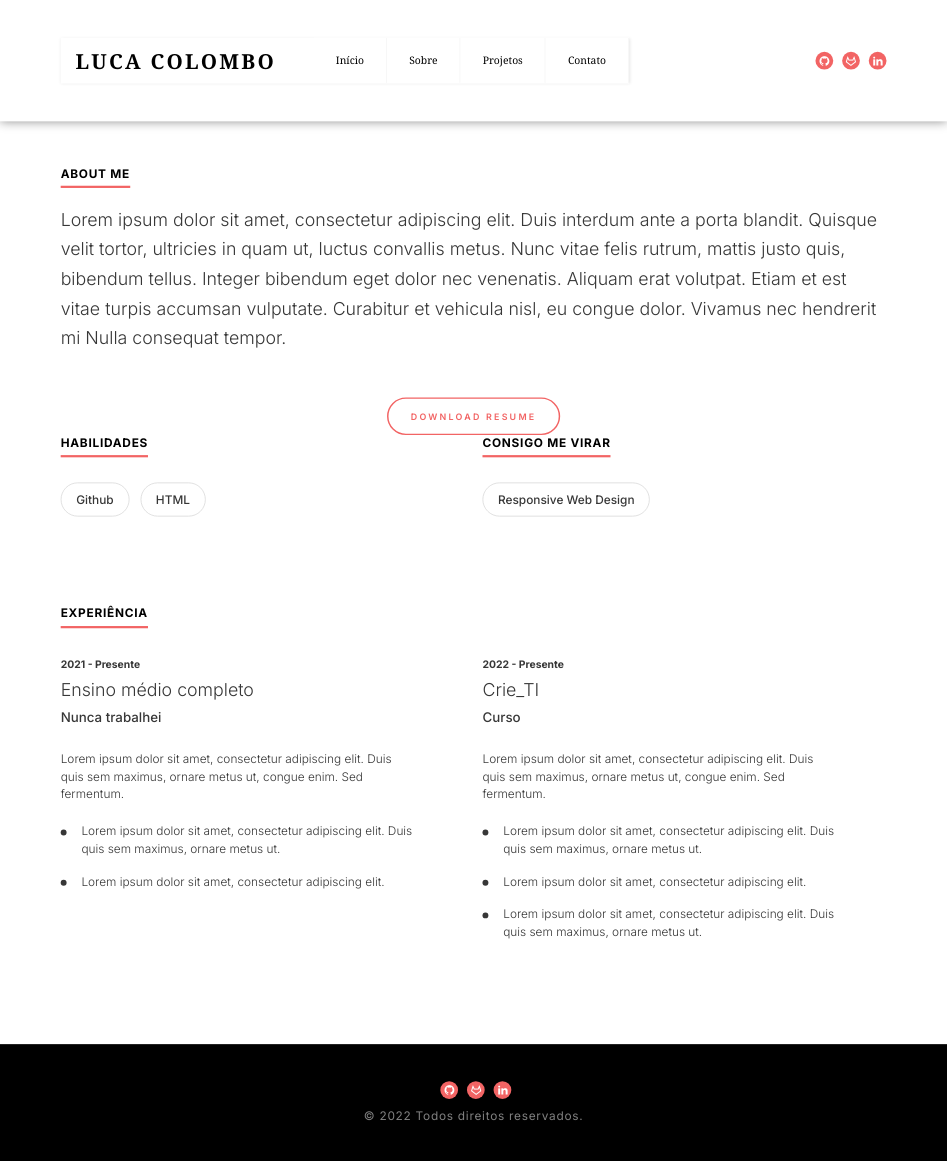
Repository: lxcxcxlxmb/portfolio
Page: sobre.html
These files come from the project's save history. The page is drawn as it stood at one moment and after the next save; the edit follows.
The browser window is 1280 px wide. The pictures show the whole page, at 74% of full size.

Above is the page before, as saved 2022-05-25 15:10:03.

### sobre.html
<!doctype html>
<html lang="pt-BR">

<head>
  <!-- Required meta tags -->
  <meta charset="utf-8">
  <meta name="viewport" content="width=device-width, initial-scale=1">
  <!-- Google Fots -->
  <link rel="preconnect" href="https://fonts.googleapis.com">
  <link rel="preconnect" href="https://fonts.gstatic.com" crossorigin>
  <link href="https://fonts.googleapis.com/css2?family=Inter:wght@100;200;300;400;500;600;700;800;900&display=swap"
    rel="stylesheet">
  <!-- Remixicon Icon -->
  <link href="https://cdn.jsdelivr.net/npm/remixicon@2.5.0/fonts/remixicon.css" rel="stylesheet">
  <!-- Remixicon Icon -->
  <!-- Bootstrap CSS -->
  <link href="https://cdn.jsdelivr.net/npm/bootstrap@5.0.2/dist/css/bootstrap.min.css" rel="stylesheet"
    integrity="sha384-EVSTQN3/azprG1Anm3QDgpJLIm9Nao0Yz1ztcQTwFspd3yD65VohhpuuCOmLASjC" crossorigin="anonymous">
  <link href="https://unpkg.com/aos@2.3.1/dist/aos.css" rel="stylesheet">
  <!-- Main CSS -->
  <link href="styles.css" rel="stylesheet">
  <link rel="stylesheet" href="reset.css">


  <title>sobre</title>
</head>

<body>

  <!-- header -->
  <header class="ds-header" id="site-header">
    <div class="container">
      <div class="ds-header-inner">
        <!-- logo -->
        <a href="index.html" class="ds-logo">
          <span>L</span>Luca Colombo
        </a>
        <div class="header">
          <a href="index.html" class="logo">Luca Colombo</a>
          <input class="menu-btn" type="checkbox" id="menu-btn" />
          <label class="menu-icon" for="menu-btn"><span class="navicon"></span></label>
          <ul class="menu">
            <li><a href="index.html">Início</a></li>
            <li><a href="sobre.html">Sobre</a></li>
            <li><a href="projetos.html">Projetos</a></li>
            <li><a href="contato.html">Contato</a></li>
          </ul>
        </div>
        <!-- social -->
        <ul class="ds-social">
          <li><a href="https://github.com/lxcxcxlxmb" target="_blank"><i class="ri-github-fill"></i></a></li>
          <li><a href="https://gitlab.com/lxcxcxlxmbx" target="_blank"><i class="ri-gitlab-line"></i></a></li>
          <li><a href="https://www.linkedin.com/in/luca--colombo/" target="_blank"><i class="ri-linkedin-fill"></i></a>
          </li>
        </ul>
              <!-- social -->
      </div>
    </div>
  </header>
  <!-- header -->

  <!-- about -->
  <div class="ds-about-section">
    <div class="container">
      <section>
        <h2 class="ds-heading">About Me</h2>
        <p>Lorem ipsum dolor sit amet, consectetur adipiscing elit. Duis interdum ante a porta blandit. Quisque velit
          tortor, ultricies in quam ut, luctus convallis metus. Nunc vitae felis rutrum, mattis justo quis, bibendum
          tellus. Integer bibendum eget dolor nec venenatis. Aliquam erat volutpat. Etiam et est vitae turpis accumsan
          vulputate. Curabitur et vehicula nisl, eu congue dolor. Vivamus nec hendrerit mi Nulla consequat tempor.</p>
        <div class="ds-button-sec text-center">
          <a href="#" class="ds-button">Download Resume</a>
        </div>
      </section>
    </div>
  </div>
  <!-- about -->

  <!--  Skills -->
  <div class="ds-skills-section">
    <div class="container">
      <div class="row">
        <div class="col-12 col-sm-12 col-md-6 col-lg-6 col-xl-6 col-xxl-6">
          <h2 class="ds-heading">Habilidades</h2>
          <ul class="ds-skills-list">
            <li>Github</li>
            <li>HTML</li>
          </ul>
        </div>
        <div class="col-12 col-sm-12 col-md-6 col-lg-6 col-xl-6 col-xxl-6">
          <h2 class="ds-heading">consigo me virar</h2>
          <ul class="ds-skills-list">
            <li>Responsive Web Design</li>
          </ul>
        </div>
      </div>
    </div>
  </div>
  <!--  Skills -->

  <!-- Experience -->
  <div class="ds-experience-section">
    <div class="container">
      <h2 class="ds-heading">Experiência</h2>
      <div class="row ds-experience-list">
        <div class="col-12 col-sm-12 col-md-6 col-lg-6 col-xl-6 col-xxl-6">
          <section>
            <span class="ds-year">2021 - Presente</span>
            <h3 class="ds-officename">Ensino médio completo</h3>
            <span class="ds-department">Nunca trabalhei</span>
            <p>Lorem ipsum dolor sit amet, consectetur adipiscing elit. Duis quis sem maximus, ornare metus ut, congue
              enim. Sed fermentum.</p>
            <ul>
              <li>Lorem ipsum dolor sit amet, consectetur adipiscing elit. Duis quis sem maximus, ornare metus ut.</li>
              <li>Lorem ipsum dolor sit amet, consectetur adipiscing elit.</li>
            </ul>
          </section>
        </div>
        <div class="col-12 col-sm-12 col-md-6 col-lg-6 col-xl-6 col-xxl-6">
          <section>
            <span class="ds-year">2022 - Presente</span>
            <h3 class="ds-officename">Crie_TI</h3>
            <span class="ds-department">Curso</span>
            <p>Lorem ipsum dolor sit amet, consectetur adipiscing elit. Duis quis sem maximus, ornare metus ut, congue
              enim. Sed fermentum.</p>
            <ul>
              <li>Lorem ipsum dolor sit amet, consectetur adipiscing elit. Duis quis sem maximus, ornare metus ut.</li>
              <li>Lorem ipsum dolor sit amet, consectetur adipiscing elit.</li>
              <li>Lorem ipsum dolor sit amet, consectetur adipiscing elit. Duis quis sem maximus, ornare metus ut.</li>
            </ul>
          </section>
        </div>
      </div>
    </div>
  </div>
  <!-- Experience -->

  <!--  footer -->
  <footer class="ds-footer text-center">
    <div class="container">
      <section>
        <ul class="ds-social">
          <li><a href="https://github.com/lxcxcxlxmb" target="_blank"><i class="ri-github-fill"></i></a></li>
          <li><a href="https://gitlab.com/lxcxcxlxmbx" target="_blank"><i class="ri-gitlab-line"></i></a></li>
          <li><a href="https://www.linkedin.com/in/luca--colombo/" target="_blank"><i class="ri-linkedin-fill"></i></a>
          </li>
        </ul>
      </section>
      <span class="ds-copyright">© 2022 Todos direitos reservados.</span>
    </div>
  </footer>

</body>

</html>

### reset.css
/*
html, body, div, span, applet, object, iframe,
h1, h2, h3, h4, h5, h6, p, blockquote, pre,
a, abbr, acronym, address, big, cite, code,
del, dfn, em, img, ins, kbd, q, s, samp,
small, strike, strong, sub, sup, tt, var,
b, u, i, center,
dl, dt, dd, ol, ul, li,
fieldset, form, label, legend,
table, caption, tbody, tfoot, thead, tr, th, td,
article, aside, canvas, details, embed,
figure, figcaption, footer, header, hgroup,
menu, nav, output, ruby, section, summary,
time, mark, audio, video {
	margin: 0;
	padding: 0;
	border: 0;
	font-size: 100%;
	font: inherit;
	vertical-align: baseline;
}
/* HTML5 display-role reset for older browsers */
/*
article, aside, details, figcaption, figure,
footer, header, hgroup, menu, nav, section {
	display: block;
}
body {
	line-height: 1;
}
ol, ul {
	list-style: none;
}
blockquote, q {
	quotes: none;
}
blockquote:before, blockquote:after,
q:before, q:after {
	content: '';
	content: none;
}
table {
	border-collapse: collapse;
	border-spacing: 0;
}*/

Loaded but not shown: styles.css (897 lines, source omitted)

After the next save:
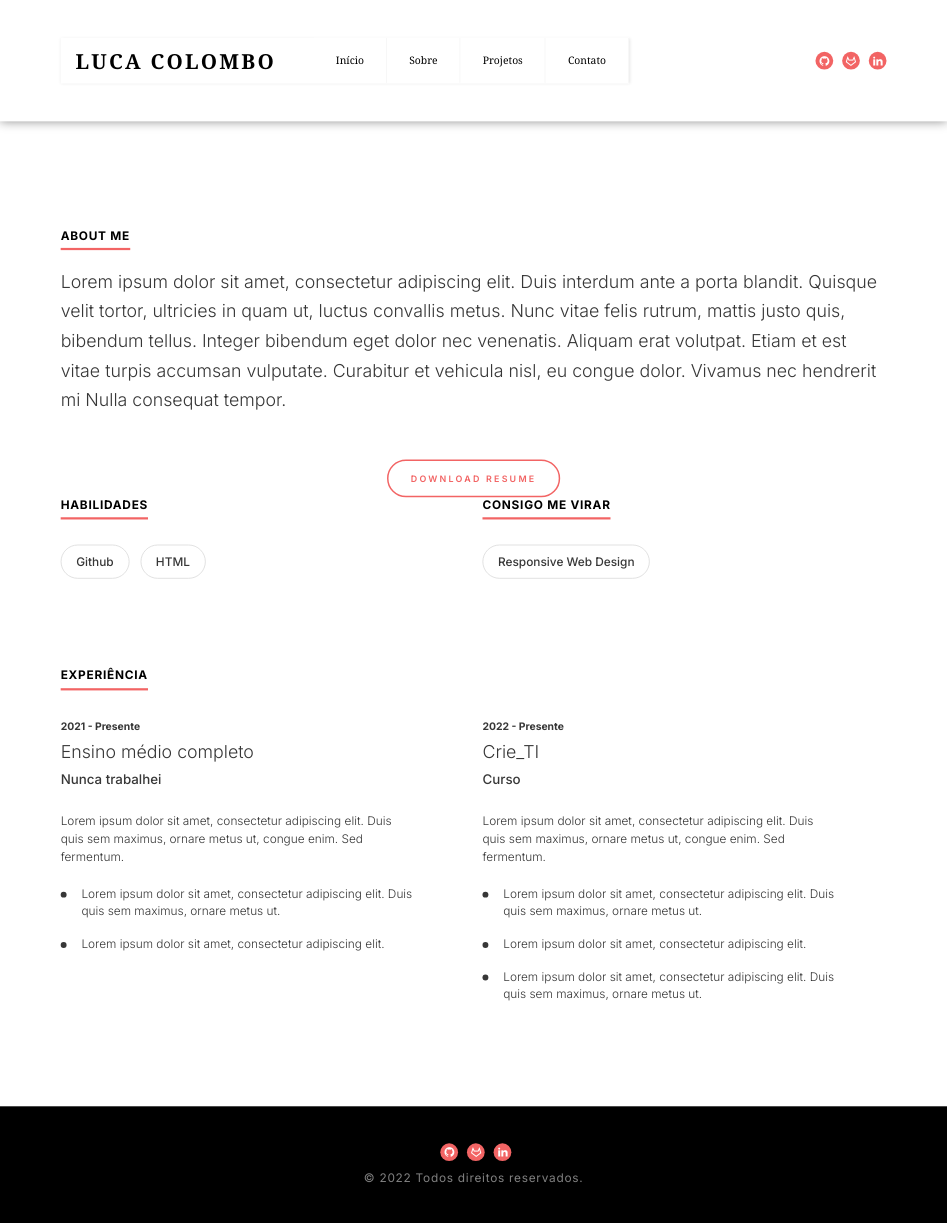
Saved 41 min 47 s later.
--- a/sobre.html
+++ b/sobre.html
@@ -60,6 +60,10 @@
   <!-- header -->
 
   <!-- about -->
+  <br>
+  <br>
+  <br>
+  <br>
   <div class="ds-about-section">
     <div class="container">
       <section>

After the save that followed:
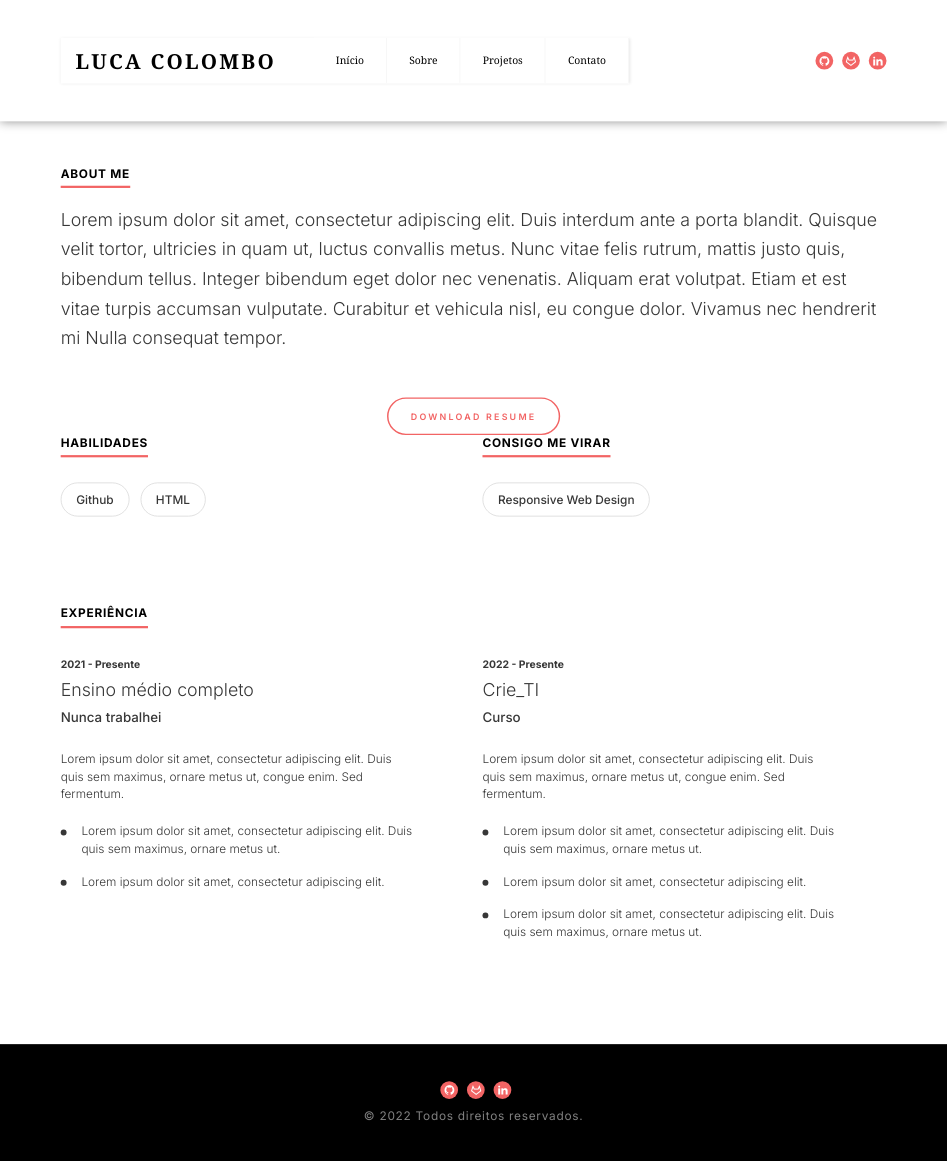
Saved 23 s later.
--- a/sobre.html
+++ b/sobre.html
@@ -60,10 +60,6 @@
   <!-- header -->
 
   <!-- about -->
-  <br>
-  <br>
-  <br>
-  <br>
   <div class="ds-about-section">
     <div class="container">
       <section>
